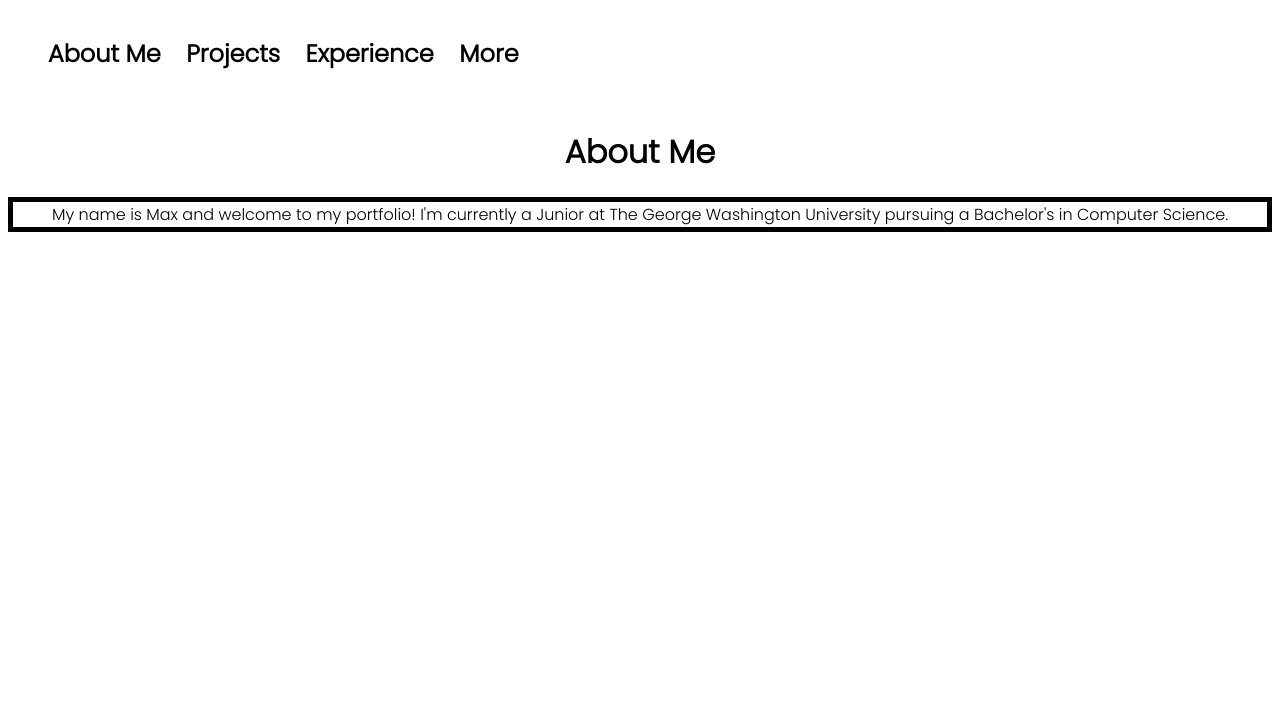
Repository: notMaximilian/maximilianaquino.github.io
Page: about.html
These files come from the project's save history. The page is drawn as it stood at one moment and after the next save; the edit follows.
The browser window is 1280 px wide. The pictures show the whole page.

Above is the page before, as saved 2022-02-10 09:47:25.

### about.html
<!DOCTYPE html>
<html lang="en">

<head>
  <meta charset="UTF-8">
  <meta name="viewport" content="width=device-width, initial-scale=1, user-scaleable=no">
  <title>Max Aquino</title>
  <link rel="preconnect" href="https://fonts.googleapis.com">
  <link rel="preconnect" href="https://fonts.gstatic.com" crossorigin>
  <link href="https://fonts.googleapis.com/css2?family=Poppins:wght@300&display=swap" rel="stylesheet">
  <link rel="stylesheet" href="css/subpage.css">
</head>

<body>


      <div class="mainNav">
        <ul class = "navmenu">
          <li class = "navmenuItems"><h2 id="about">About Me</h2></li>
          <li class = "navmenuItems"><h2 id="projects">Projects</h2></li>
          <li class = "navmenuItems"><h2 id="experience">Experience</h2></li>
          <li class = "navmenuItems"><h2 id="more">More</h2></li>
        </ul>

      <br>
      <br>
      <br>
      <h1>About Me</h1>
      <p>My name is Max and welcome to my portfolio! I'm currently a Junior at
        The George Washington University pursuing a Bachelor's in Computer Science.

      </p>



  <!-- Maximilian Fade in and out -->

  <!-- <script src="js/game.js"></script> -->
</body>

</html>

### css/subpage.css
.corners{
    position: absolute;
    width: 16vw;
}

#cornerL{
    transform: translate(-35vw, 23vh);
}
#cornerR{
    transform: translate(35vw, 23vh);
}

#github{
    position: absolute;
    width: 7vw;
    transform: translate(32vw, 28vh);
}
#twitter{
    position: absolute;
    width: 7vw;
    transform: translate(-32vw, 30vh);
}

ul{
    list-style-type: none;
}
li{
    float: left;
    font-family: "Poppins", sans-serif;
    margin-right: 2vw;
}

h1{
    font-family: "Poppins", sans-serif;
    text-align: center;
    margin-top: 8vh;
}

p{
    inline-size: px;
    font-family: "Poppins", sans-serif;
    text-align: center;
    border: 5px solid black;
    margin: 0 auto;
}

After the next save:
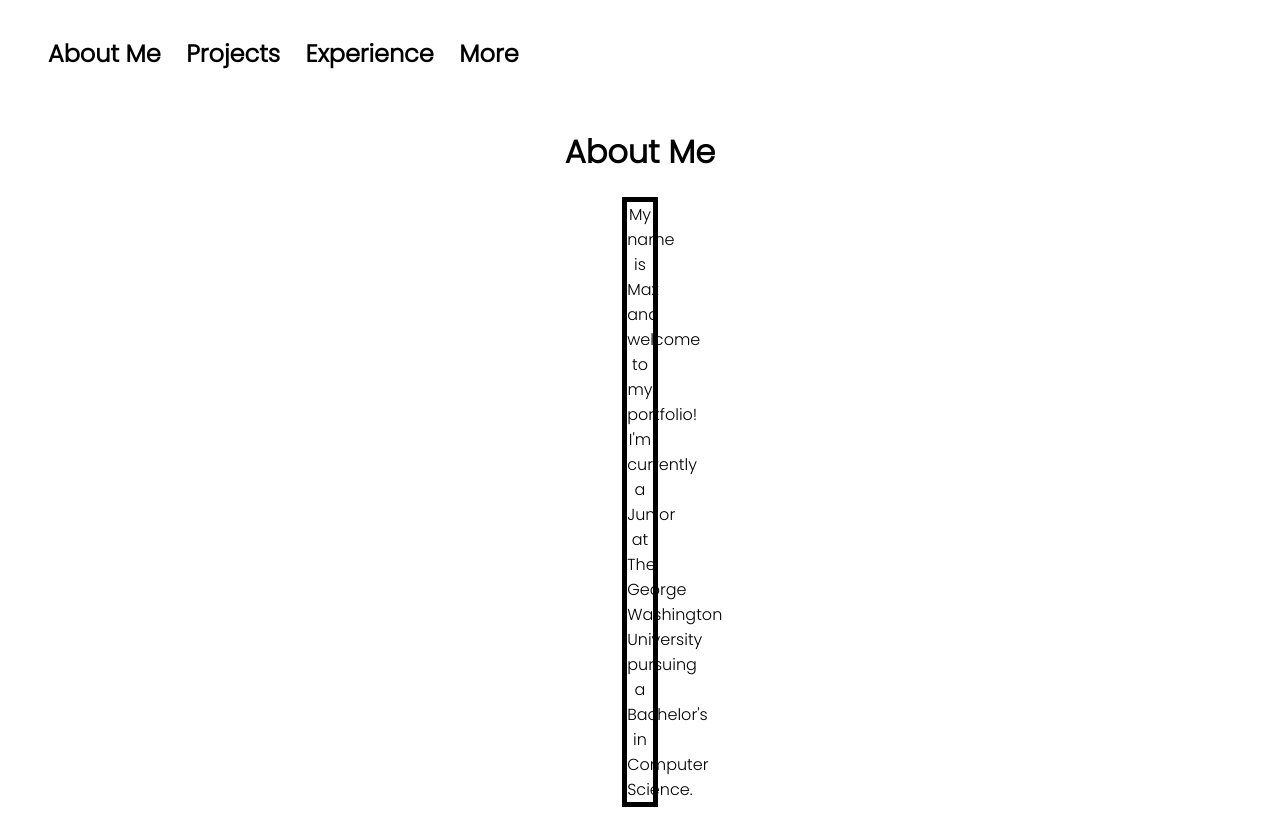
Saved 4 s later.
--- a/css/subpage.css
+++ b/css/subpage.css
@@ -37,7 +37,7 @@ h1{
 }
 
 p{
-    inline-size: px;
+    inline-size: 2vw;
     font-family: "Poppins", sans-serif;
     text-align: center;
     border: 5px solid black;
